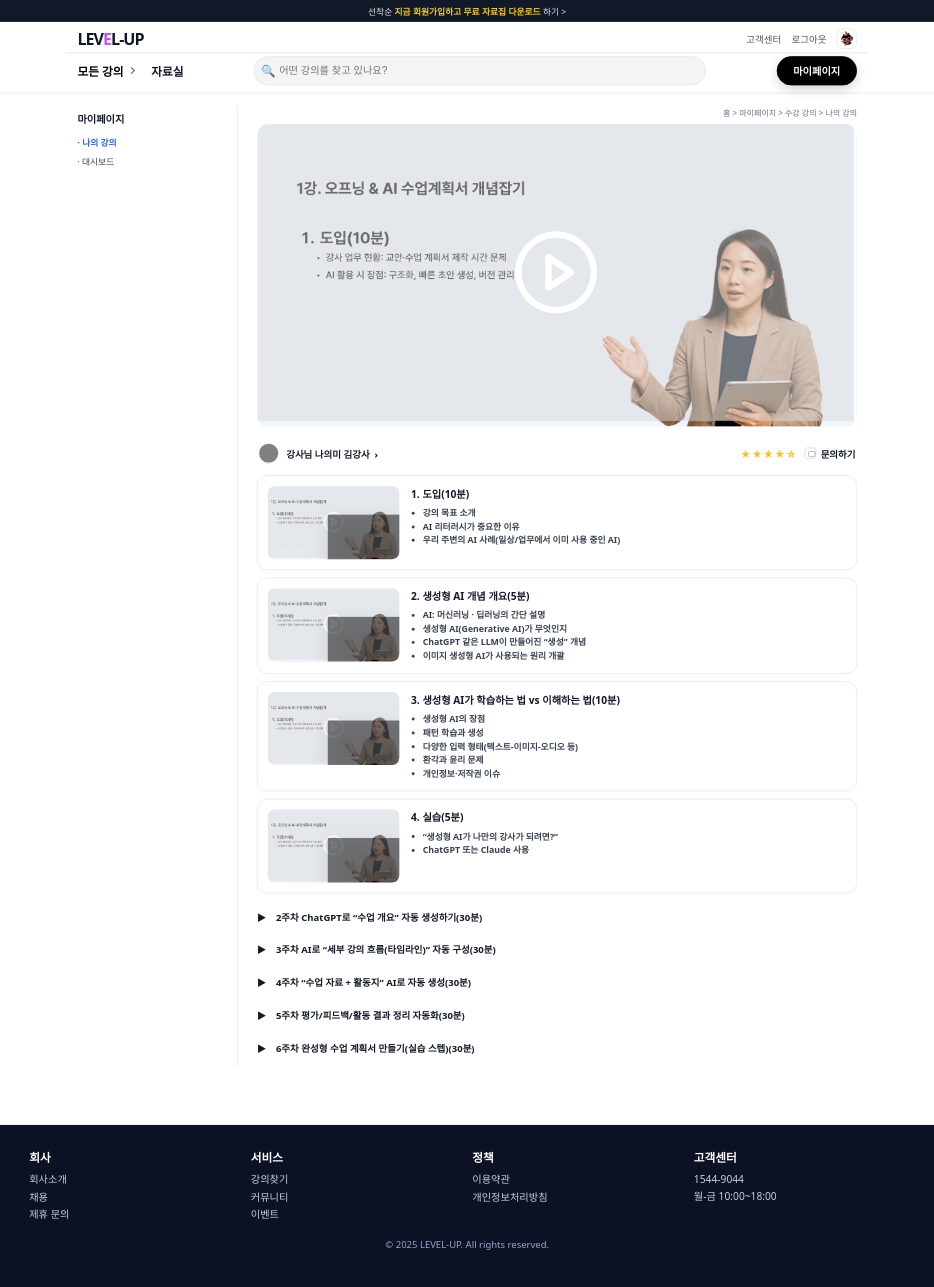
Repository: Iimchaehoon/level_up
Page: my_lecture.html
These files come from the project's save history. The page is drawn as it stood at one moment and after a run of saves; the edit follows.
The browser window is 1280 px wide. The pictures show the whole page, at 73% of full size.

Above is the page before, as saved 2025-12-14 01:30:01.

After the next 3 saves:
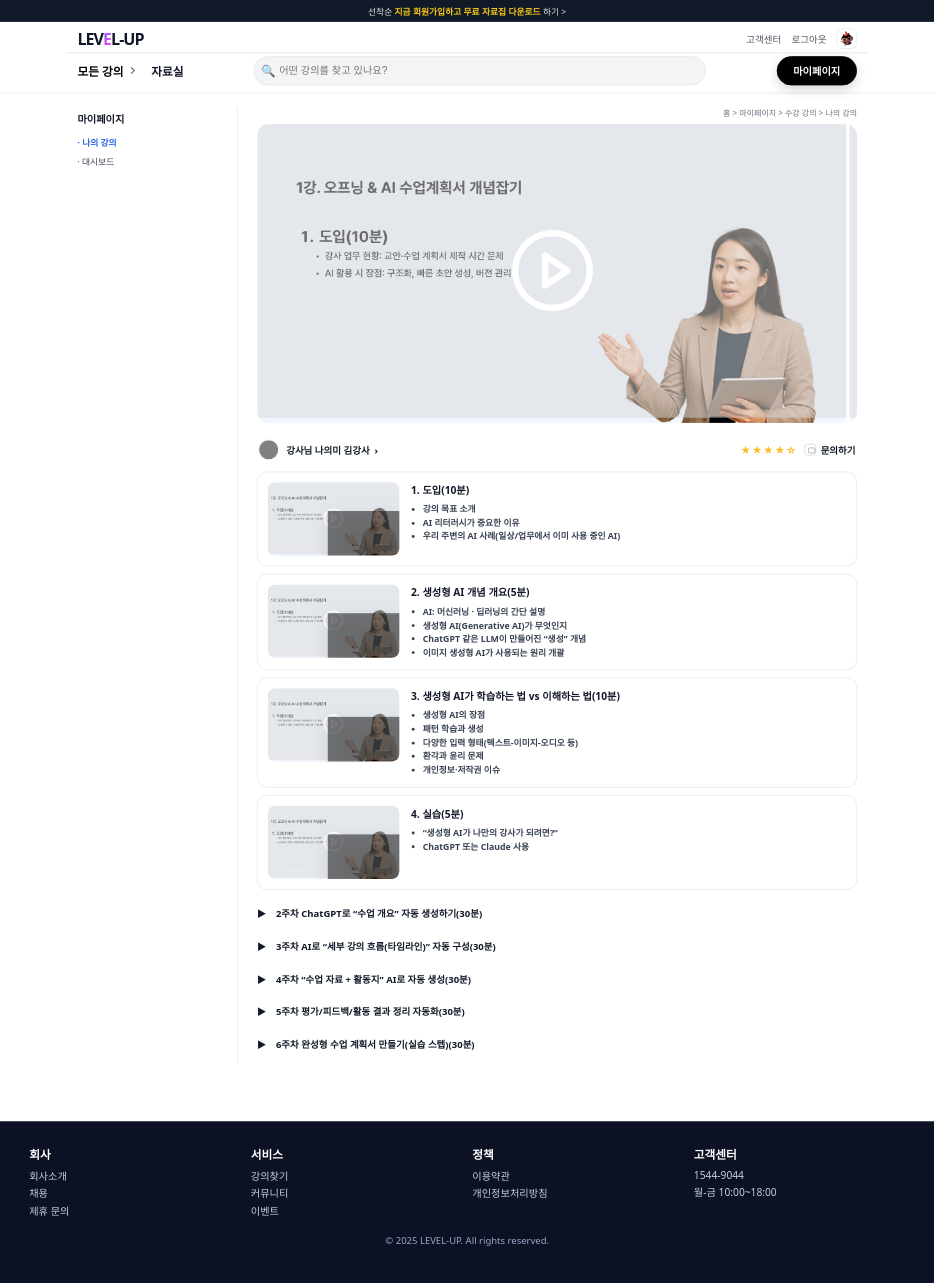
The 3 saves are shown as one change because they came seconds apart.
The last was saved 9 s later.
--- a/my_lecture.html
+++ b/my_lecture.html
@@ -165,7 +165,7 @@
 
     /* 상단 히어로 카드 */
     .hero-card{
-      height: 415px;
+      height: 410px;
       background:url(./my_lec/Group_427322280.png);
       background-size: contain;
       border-radius:16px;

After the save that followed:
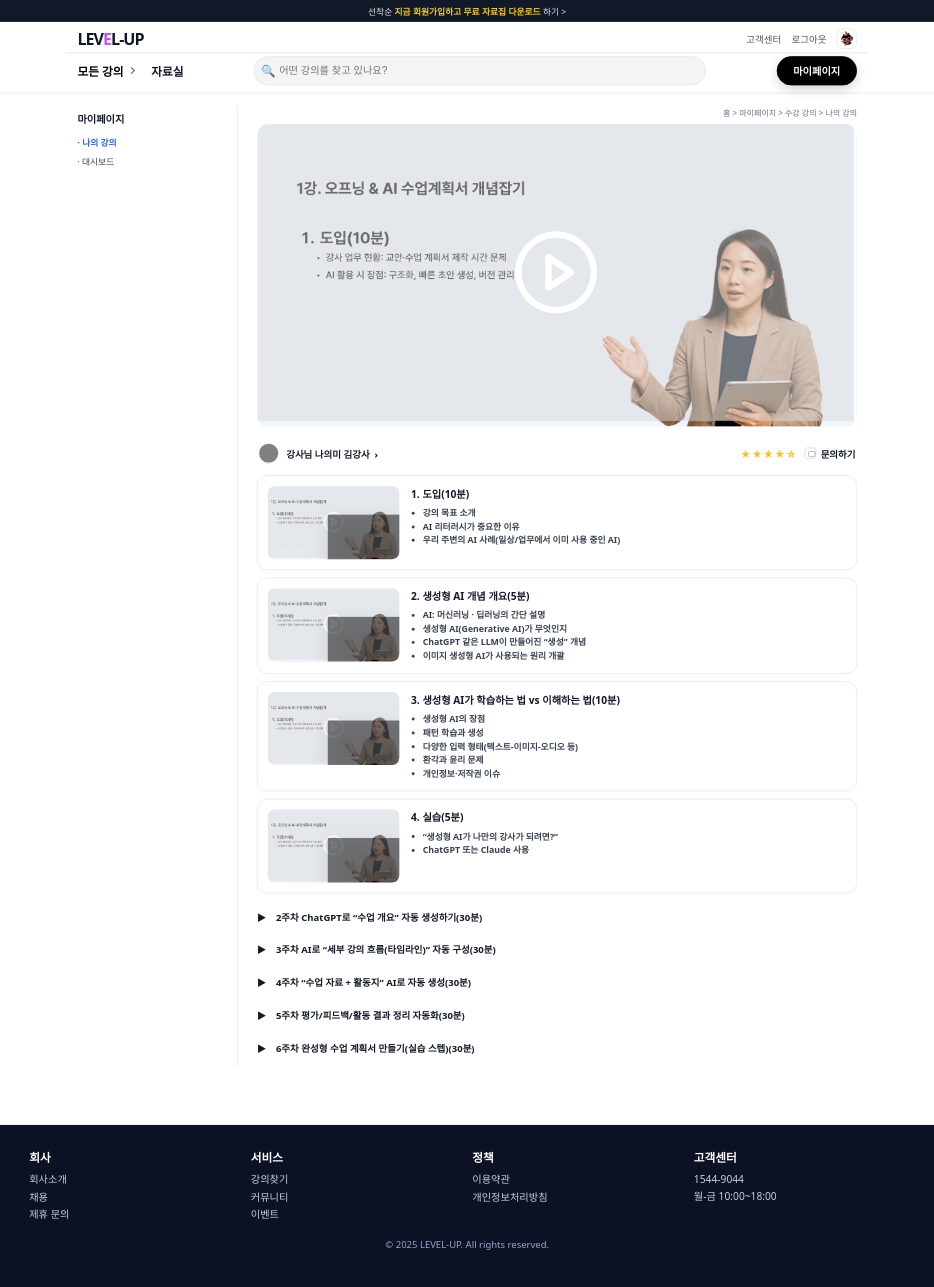
Saved 6 s later.
--- a/my_lecture.html
+++ b/my_lecture.html
@@ -165,7 +165,7 @@
 
     /* 상단 히어로 카드 */
     .hero-card{
-      height: 410px;
+      height: 415px;
       background:url(./my_lec/Group_427322280.png);
       background-size: contain;
       border-radius:16px;
